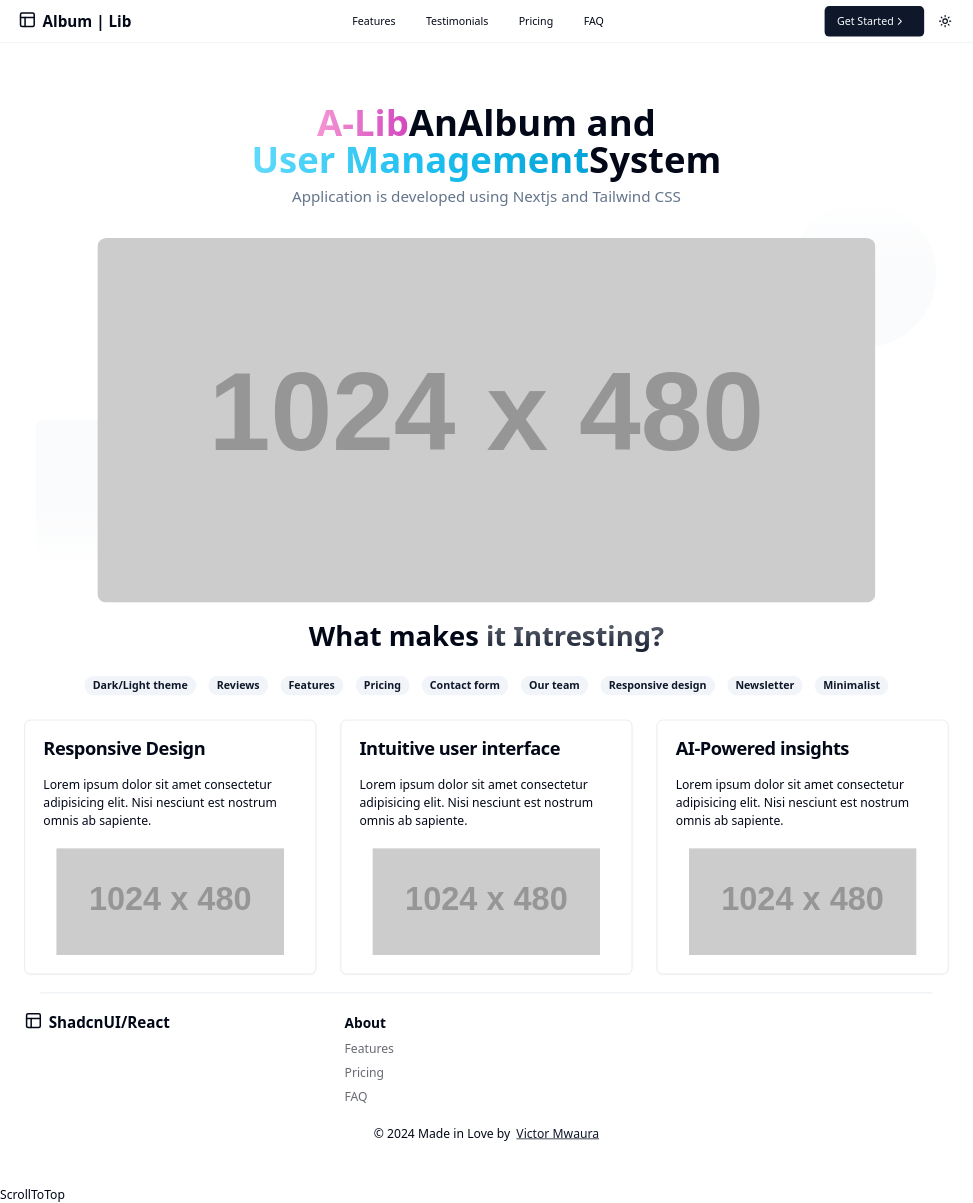
Repository: DevLaukey/savannah-informatics-test
Page: /
An editor plug-in stored every save of this project. The page is shown before and after the next save, followed by the edit.
The browser window is 1280 px wide. The pictures show the whole page, at 76% of full size.
The project was rebuilt for these pictures with package versions that can differ from the ones it lists, and the page was loaded fresh each time. The framework's server and built-in components were replaced by stand-ins that run in the browser. Also part of the build but not shown: next.config.mjs.

Above is the page before, as saved 2024-06-04 22:33:47.

After the next save:
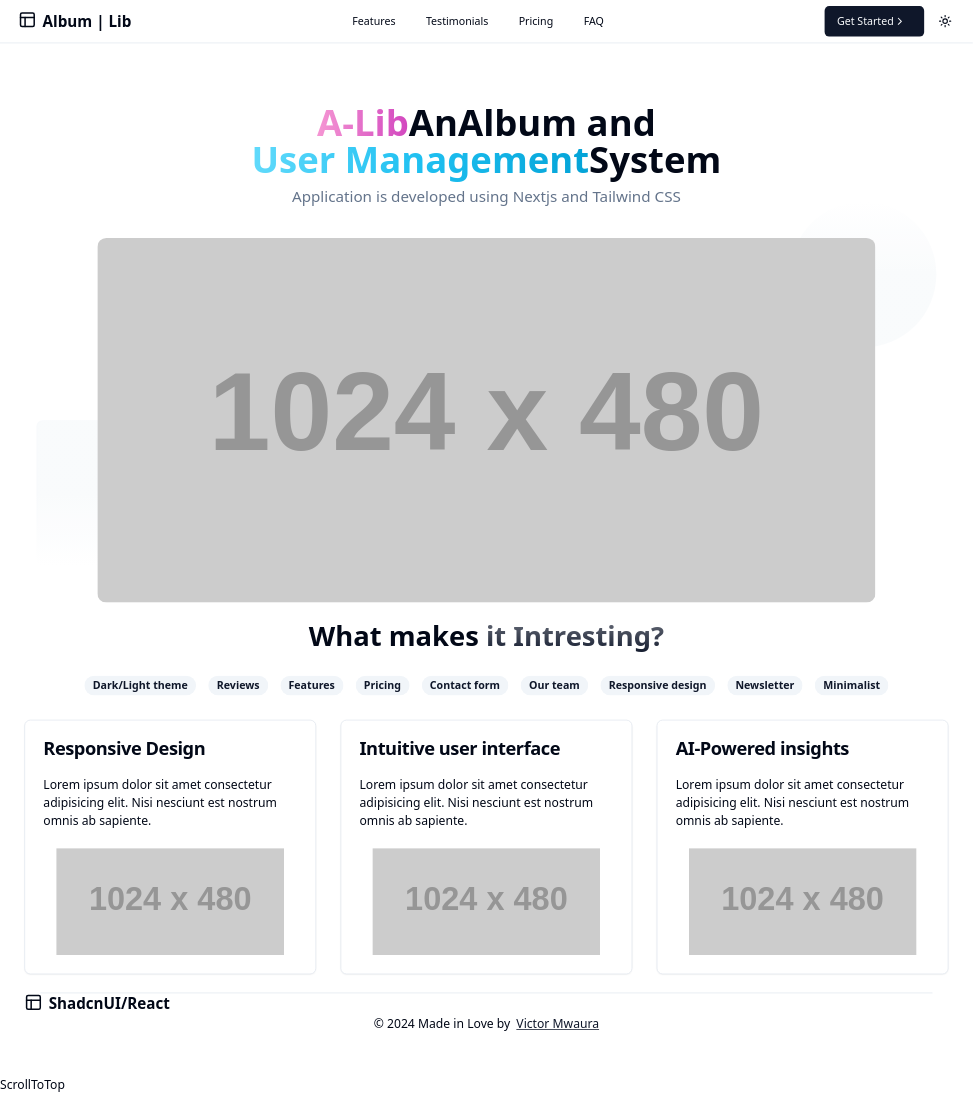
Saved 22 s later.
--- a/components/Footer.jsx
+++ b/components/Footer.jsx
@@ -5,7 +5,7 @@ export const Footer = () => {
     <footer id="footer">
       <hr className="w-11/12 mx-auto" />
 
-      <section className="container py-6 grid grid-cols-2 md:grid-cols-4 xl:grid-cols-6 gap-x-12 gap-y-8">
+      <section className="container pb-14 text-center">
         <div className="col-span-full xl:col-span-2">
           <a
             rel="noreferrer noopener"
@@ -16,46 +16,6 @@ export const Footer = () => {
             ShadcnUI/React
           </a>
         </div>
-
-
-
-        <div className="flex flex-col gap-2">
-          <h3 className="font-bold text-lg">About</h3>
-          <div>
-            <a
-              rel="noreferrer noopener"
-              href="#"
-              className="opacity-60 hover:opacity-100"
-            >
-              Features
-            </a>
-          </div>
-
-          <div>
-            <a
-              rel="noreferrer noopener"
-              href="#"
-              className="opacity-60 hover:opacity-100"
-            >
-              Pricing
-            </a>
-          </div>
-
-          <div>
-            <a
-              rel="noreferrer noopener"
-              href="#"
-              className="opacity-60 hover:opacity-100"
-            >
-              FAQ
-            </a>
-          </div>
-        </div>
-
-
-      </section>
-
-      <section className="container pb-14 text-center">
         <h3>
           &copy; {new Date().getFullYear()} Made in Love by
           <a
